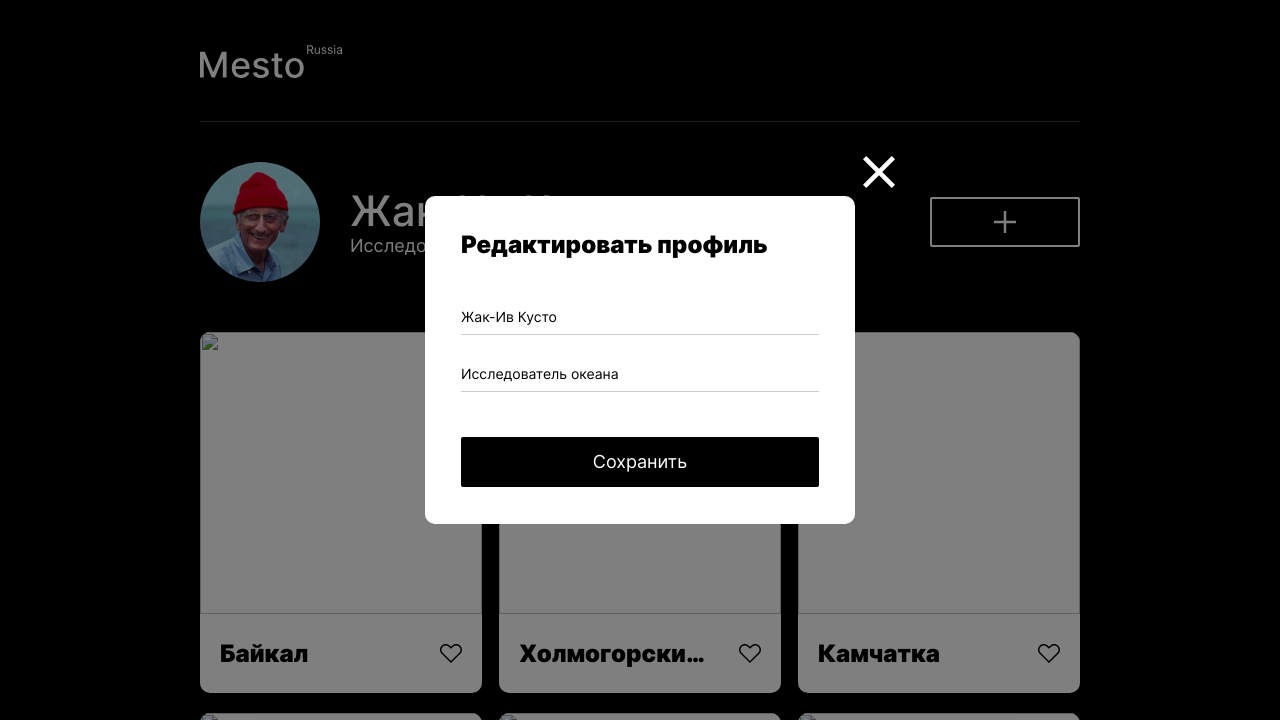
Repository: Akhtool/mesto
Page: index.html
These files come from the project's save history. The page is drawn as it stood at one moment and after the next save; the edit follows.
The browser window is 1280 px wide. The pictures show the window.
After loading, the first visible `button.profile__edit-button` was clicked once.
A layer covers the whole window, so only the first screen is drawn.

Above is the page before, as saved 2023-01-03 14:52:53.

After the next save:
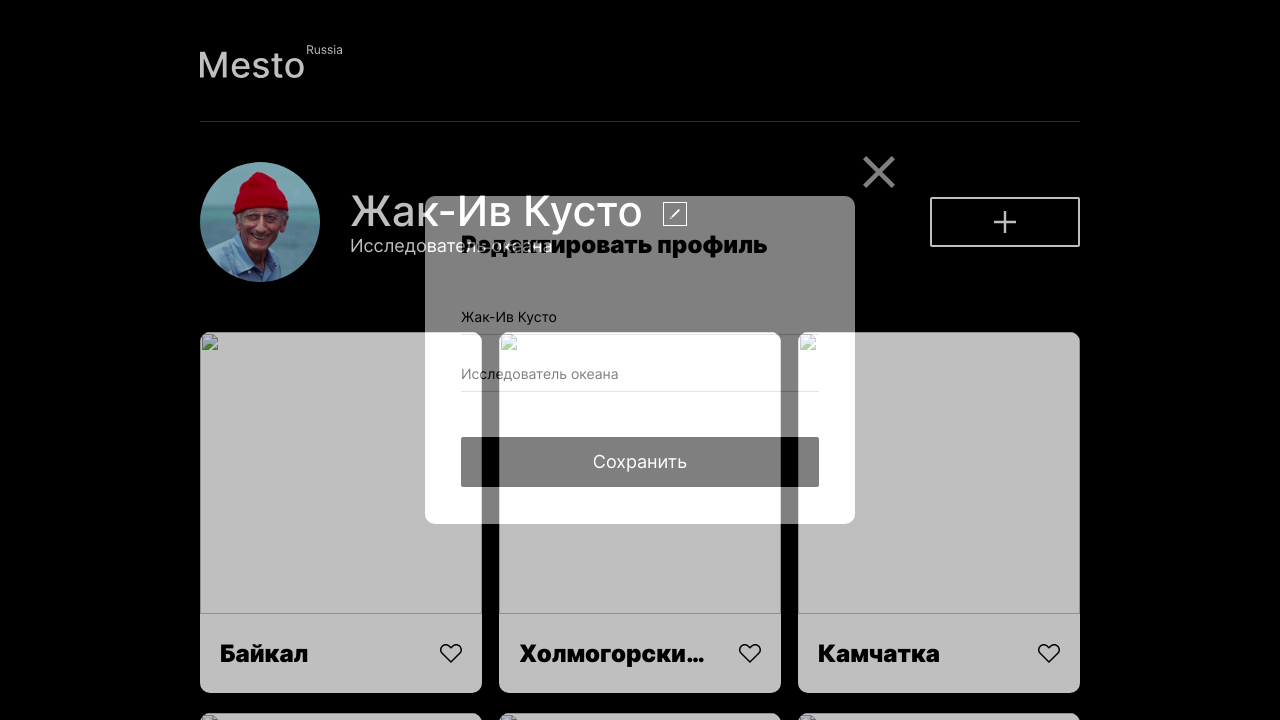
Saved 49 s later.
--- a/blocks/popup/_opened/popup_opened.css
+++ b/blocks/popup/_opened/popup_opened.css
@@ -1,5 +1,5 @@
 .popup_opened {
     display: flex;
-    opacity: 1;
+    opacity: .5;
     transition: all 2s ease;
 }

After the save that followed:
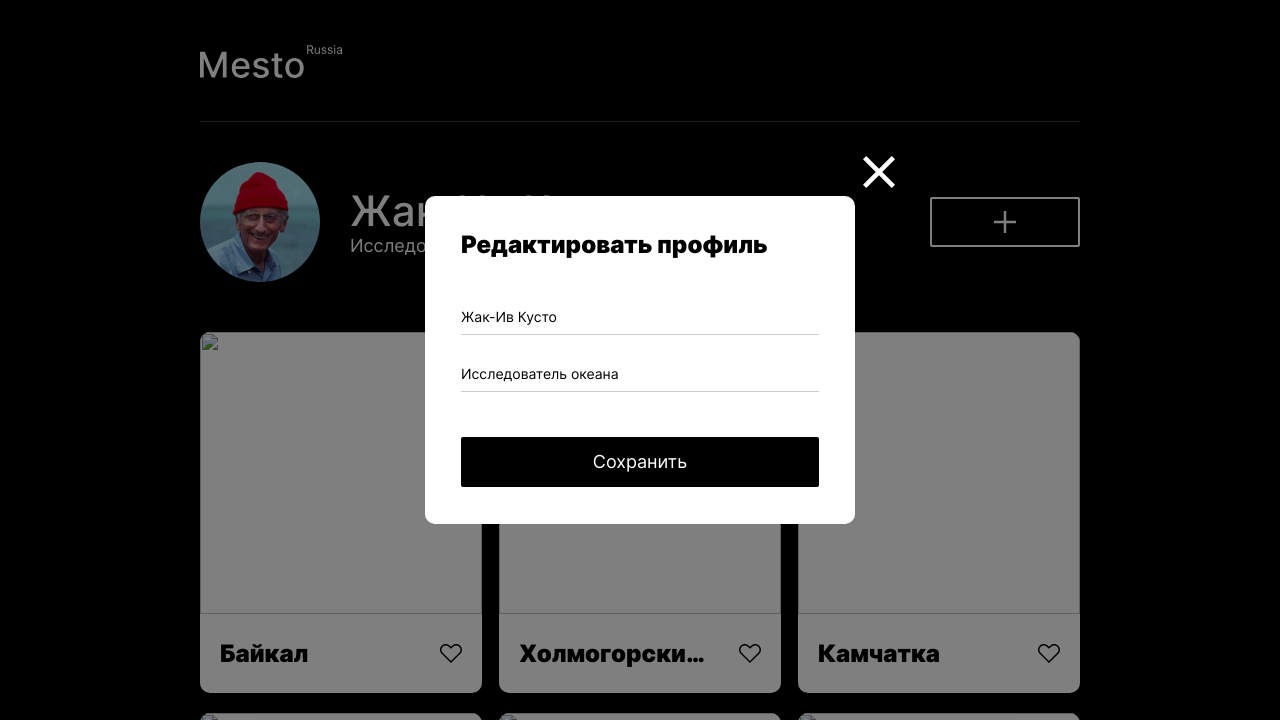
Saved 22 s later.
--- a/blocks/popup/_opened/popup_opened.css
+++ b/blocks/popup/_opened/popup_opened.css
@@ -1,5 +1,5 @@
 .popup_opened {
     display: flex;
-    opacity: .5;
-    transition: all 2s ease;
+    opacity: 1;
+    transition: opacity 2s;
 }
